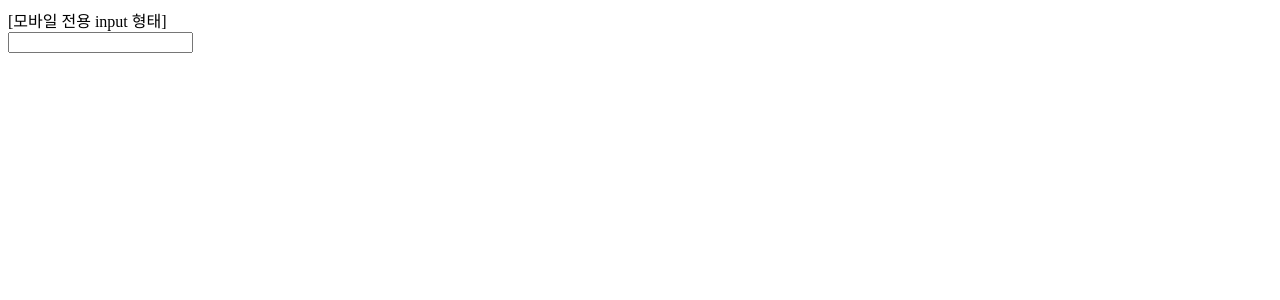
Repository: mnemion/BackendClass
Page: web/src/main/webapp/m/index.html
The author's editor kept a copy of each file at every save. The page is drawn from the files as they stood at one save, then again after the next save.
The browser window is 1280 px wide. The pictures show the whole page.

Above is the page before, as saved 2023-08-31 05:42:22.

After the next save:
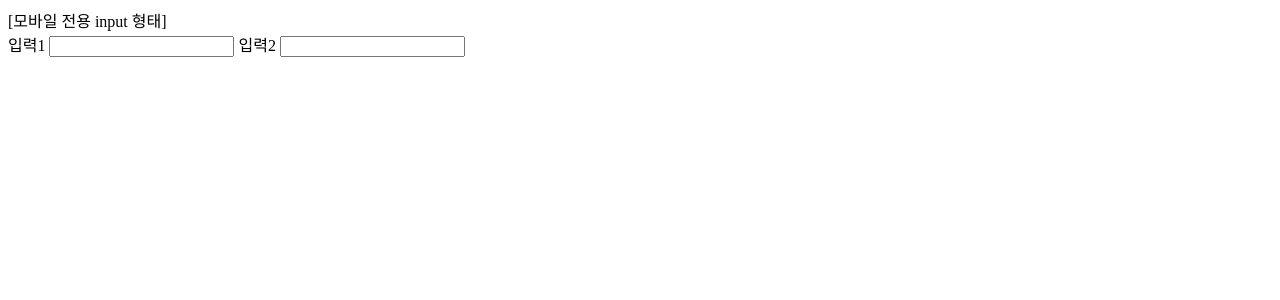
Saved 28 s later.
--- a/web/src/main/webapp/m/index.html
+++ b/web/src/main/webapp/m/index.html
@@ -7,6 +7,7 @@
 </head>
 <body>
 [모바일 전용 input 형태]<br>
-<input type="number">
+입력1 <input type="text">
+입력2 <input type="number">
 </body>
 </html>
